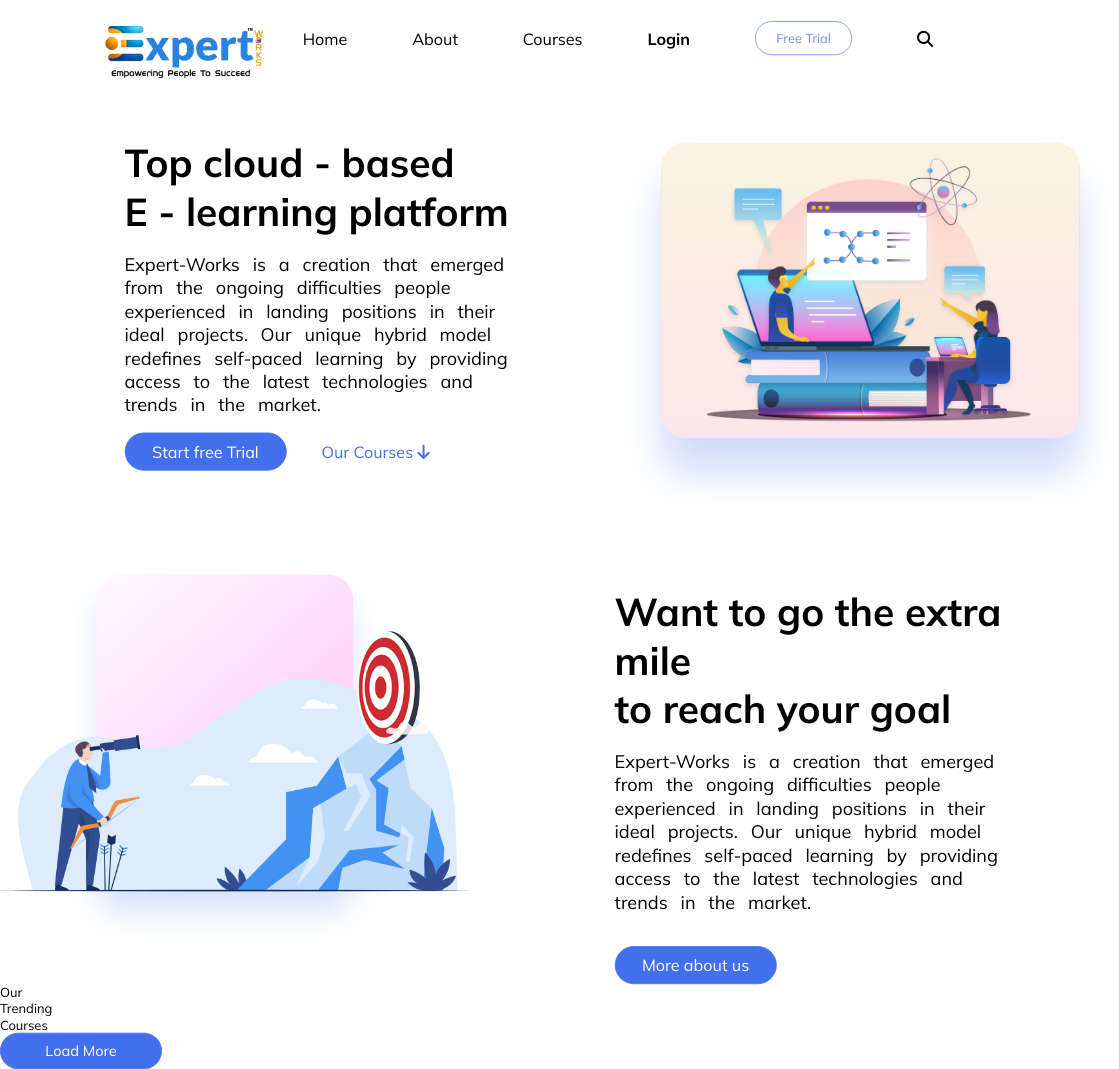
Repository: FlyweisReact/Raghu-B2C
Page: /homePage
The author's editor kept a copy of each file at every save. The page is drawn from the files as they stood at one save, then again after the next save.
The browser window is 1280 px wide. The page is 1381 px wide, so the pictures cover 1381 px, including what lies to the right of the window. The pictures show the whole page, at 81% of full size.
Some web libraries are served in a nearby version. The project was rebuilt for these pictures with package versions that can differ from the ones it lists, and the page was loaded fresh each time. Also part of the build but not shown: src/Footer/footer.scss, src/Footer/Footer.jsx, src/component/pages/courses/course.scss, src/component/Navbar/nav.scss, src/component/Navbar/Nav.jsx, src/component/navigation/NavItems.js, src/component/navigation/Dropdown.css, src/component/navigation/Dropdown.js and 43 more.

Above is the page before, as saved 2023-02-03 15:46:46.

### public/index.html
<!DOCTYPE html>
<html lang="en">
  <head>
    <meta charset="utf-8" />
    <link rel="icon" href="%PUBLIC_URL%/favicon.ico" />
    <meta name="viewport" content="width=device-width, initial-scale=1" />
    <meta name="theme-color" content="#000000" />
    <meta
      name="description"
      content="Web site created using create-react-app"
    />
    <link rel="apple-touch-icon" href="%PUBLIC_URL%/logo192.png" />
    <link href="https://fonts.googleapis.com/css2?family=Mulish:ital,wght@0,200;0,300;0,400;0,500;0,600;0,700;0,800;0,900;1,200;1,300;1,400;1,500;1,600;1,700;1,800&display=swap" rel="stylesheet">
    <link rel="manifest" href="%PUBLIC_URL%/manifest.json" />
    <title>Educational Web</title>
  </head>
  <body>
    <noscript>You need to enable JavaScript to run this app.</noscript>
    <div id="root"></div>
    <script src="https://kit.fontawesome.com/b533b351e4.js" crossorigin="anonymous"></script>
  </body>
</html>

### src/index.js
/** @format */

import React from "react";
import ReactDOM from "react-dom";
import { BrowserRouter } from "react-router-dom";
import App from "./App";

ReactDOM.render(
  <React.StrictMode>
    <BrowserRouter>
      <App />
    </BrowserRouter>
  </React.StrictMode>,
  document.getElementById("root")
);

### src/App.js
/** @format */

import { Routes, Route } from "react-router-dom";
import "./App.css";
import "./component/common.scss";
import Courses from "./component/pages/courses/Courses";
import Home from "./component/Home";
import Programs from "./component/pages/Programs/Programs";
import Login from "./component/pages/LoginPage/Login";
import CreateAccount from "./component/pages/CreateAccount/CreateAccount";
import UsertakenCourses from "./component/pages/UserTakenCourses/UsertakenCourses";
import ExploreMore from "./component/pages/morecourses/ExploreMore";
import Forgot from "./component/pages/forgotPassword/Forgot";
import OTP from "./component/pages/otp/OTP";
import Reset from "./component/pages/reset/Reset";
import ViewCourses from "./component/pages/viewCourses/ViewCourses";
import SignUpOtp from "./component/pages/signUpOtp/SignUpOtp"
import MyCourse from "./component/pages/Mycourse/MyCourse";
import MyCourseDesc from "./component/pages/Mycourse/MyCourseDesc";
import FreeTrial from "./component/pages/FreeTrial/FreeTrial";
import Subscription from "./component/pages/FreeTrial/Subscription";
import Billing from "./component/pages/FreeTrial/Billing";
import ThankYOu from "./component/pages/FreeTrial/ThankYOu";
import HomePage from "./HomePage";

function App() {
  const user = false;

  return (
    <div className="App">
      <Routes>
        <Route exect path="/" element={<Login />} />
        <Route exect path="/emailVerify" element={<Forgot />} />
        <Route exect path="/otp" element={<OTP />} />
        <Route exect path="/reset" element={<Reset />} />
        <Route exect path="/cources" element={<Courses />} />
        <Route exect path="/viewCourses" element={<ViewCourses />} />
        <Route exect path="/program" element={<Programs />} />
        <Route exect path="/home" element={<Home user={user} />} />
        <Route exect path="/create-acount" element={<CreateAccount />} />
        <Route exect path="/signUpOtp" element={<SignUpOtp />} />
        <Route exect path="/user" element={<UsertakenCourses />} />
        <Route exect path="/explore" element={<ExploreMore />} />
        <Route exect path="/myCourse" element={<MyCourse />} />
        <Route exect path="/myCourse/:id" element={<MyCourseDesc />} />
        <Route  exect path="/trial" element={<FreeTrial />} />
        <Route  exect path="/subscription" element={<Subscription />} />
        <Route  exect path="/billing" element={<Billing />} />
        <Route  exect path="/thank" element={<ThankYOu />} />
        <Route  exect path="/homePage" element={<HomePage />} />





      </Routes>
    </div>
  );
}

export default App;

### src/App.css
*{
  margin: 0;
  padding: 0;
  box-sizing: border-box;
  font-family: 'Mulish', sans-serif;
}
.hello{
  color:#7ABCFF;
color:  #3284D6;
color:  #D1E8FF;

}

### src/component/common.scss
.links{
    text-decoration: none;
    color: #fff;
    overflow-x: hidden;
}

*{
    // overflow-x: hidden;
    scroll-behavior: smooth;
}

### src/HomePage.js
/** @format */

import React from "react";
import "./HomePage.css";
// Images
import img from "./images/logo.png";
import img1 from './images/1st image.png'
import img2 from './images/2nd image.png'
import img3 from './images/Home.png'


const HomePage = () => {
  return (
    <>
      <div className="HomeNewnav">
        <div className="left">
          <img src={img} alt="" />
        </div>
        <div className="right">
          <ul>
            <li>Home</li>
            <li>About </li>
            <li>Courses</li>
            <li style={{ fontWeight: "bold" }}>Login</li>
            <button>Free Trial</button>
            <li>
              <i class="fa-solid fa-magnifying-glass"></i>
            </li>
          </ul>
        </div>
      </div>

      <div className="mainSecTwo">
        <div className="left">
          <p className="head">
            Top cloud - based <br /> E - learning platform{" "}
          </p>
          <p className="desc">
            Expert-Works is a creation that emerged from the ongoing
            difficulties people experienced in landing positions in their ideal
            projects. Our unique hybrid model redefines self-paced learning by
            providing access to the latest technologies and trends in the
            market.
          </p>
          <div className="btns">
            <button
              style={{
                backgroundColor: "#426fec",
                color: "#fff",
                width: "200px",
                border: "1px solid #426fec",
                fontSize: "20px",
                borderRadius: "50px",
                padding: "10px",
              }}
            >
              Start free Trial
            </button>
            <button
              style={{
                backgroundColor: "#fff",
                color: "#426fec",
                width: "200px",
                border: "none",
                fontSize: "20px",
                borderRadius: "50px",
                padding: "10px",
              }}
            >
              Our Courses <i class="fa-solid fa-arrow-down"></i>
            </button>
          </div>
        </div>
        <div className="right">
          <img
            src={img1}
            alt=""
          />
        </div>
      </div>

      <div className="mainSecTwo2">
        <div className="left">
          <img
            src={img2}
            alt=""
          />
        </div>
        <div className="right">
          <p className="head">
            Want to go the extra mile <br />
            to reach your goal
          </p>
          <p className="desc">
            Expert-Works is a creation that emerged from the ongoing
            difficulties people experienced in landing positions in their ideal
            projects. Our unique hybrid model redefines self-paced learning by
            providing access to the latest technologies and trends in the
            market.
          </p>
          <div className="btns">
            <button
              style={{
                backgroundColor: "#426fec",
                color: "#fff",
                width: "200px",
                border: "1px solid #426fec",
                fontSize: "20px",
                borderRadius: "50px",
                padding: "10px",
              }}
            >
              More about us
            </button>
          </div>
        </div>
      </div>

      <div className="centerMainDiv">
        <div className="left">
          <p className="head">
            Our <br /> Trending <br /> Courses
          </p>{" "}
          <button
            style={{
              backgroundColor: "#426fec",
              color: "#fff",
              width: "200px",
              border: "1px solid #426fec",
              fontSize: "18px",
              borderRadius: "50px",
              padding: "10px",
            }}
          >
           Load More
          </button>
        </div>
        <div className="right">
            <div className="group">
                <div></div>
            </div>
        </div>
      </div>
    </>
  );
};

export default HomePage;

### src/HomePage.css
.HomeNewnav{
    display: flex;
    justify-content: space-between;
    width: 80%;
    margin-left:10%;
    margin-top: 2%;
}
.HomeNewnav .left img{
    width: 200px;
}
.HomeNewnav .right ul {
    display: flex;
    gap: 5rem;
}
.HomeNewnav .right ul li{
    list-style: none;
    font-size: 20px;
    margin-top: 10px;
}
.HomeNewnav .right ul  button {
    width: 120px;
    font-size: 16px;
    margin-top: 0;
    border: 1px solid #6e90f0;
    color: #6e90f0;
    background-color: #fff;

    padding: 10px;
    border-radius: 50px;
}
.HomeNewnav .right ul li:hover{
    color: #6e90f0;
    cursor: pointer;
}

.mainSecTwo {
    display: flex;
    margin-top: 5%;
    gap: 2rem;
    justify-content: space-between;
}
.mainSecTwo .left{
    width: 50%;
    margin-left: 7%;
}
.mainSecTwo .right{
    width: 40%;
}
.mainSecTwo .left .head{
    font-size: 3rem;
    font-weight: bold;
    margin-left: 10%;

}
.mainSecTwo .left .desc{
    width: 500px;
    word-spacing: 10px;
    font-size: 1.4rem;
    margin-top: 20px;
    margin-left: 10%;
}
.mainSecTwo .left .btns{
    display: flex;
    gap: 10px;
    margin-left: 10%;
    margin-top: 20px;
}



.mainSecTwo2{
    display: flex;
    margin-top: 5%;
    gap: 2rem;
    justify-content: space-between;
}
.mainSecTwo2 .right{
    width: 50%;
    margin-top: 2%;
    margin-left: 7%;
}
.mainSecTwo2 .left{
    width: 50%;
}
.mainSecTwo2 .left img {
    width: 100%;
}
.mainSecTwo2 .right .head{
    font-size: 3rem;
    font-weight: bold;
    margin-left: 10%;
}
.mainSecTwo2 .right .desc{
    width: 500px;
    word-spacing: 10px;
    font-size: 1.4rem;
    margin-top: 20px;
    margin-left: 10%;
}
.mainSecTwo2 .right .btns{
    display: flex;
    gap: 10px;
    margin-left: 10%;
    margin-top: 40px;
}

Loaded but not shown: src/component/pages/viewCourses/viewCourses.css (no stored copy; drawn as an empty file)

After the next save:
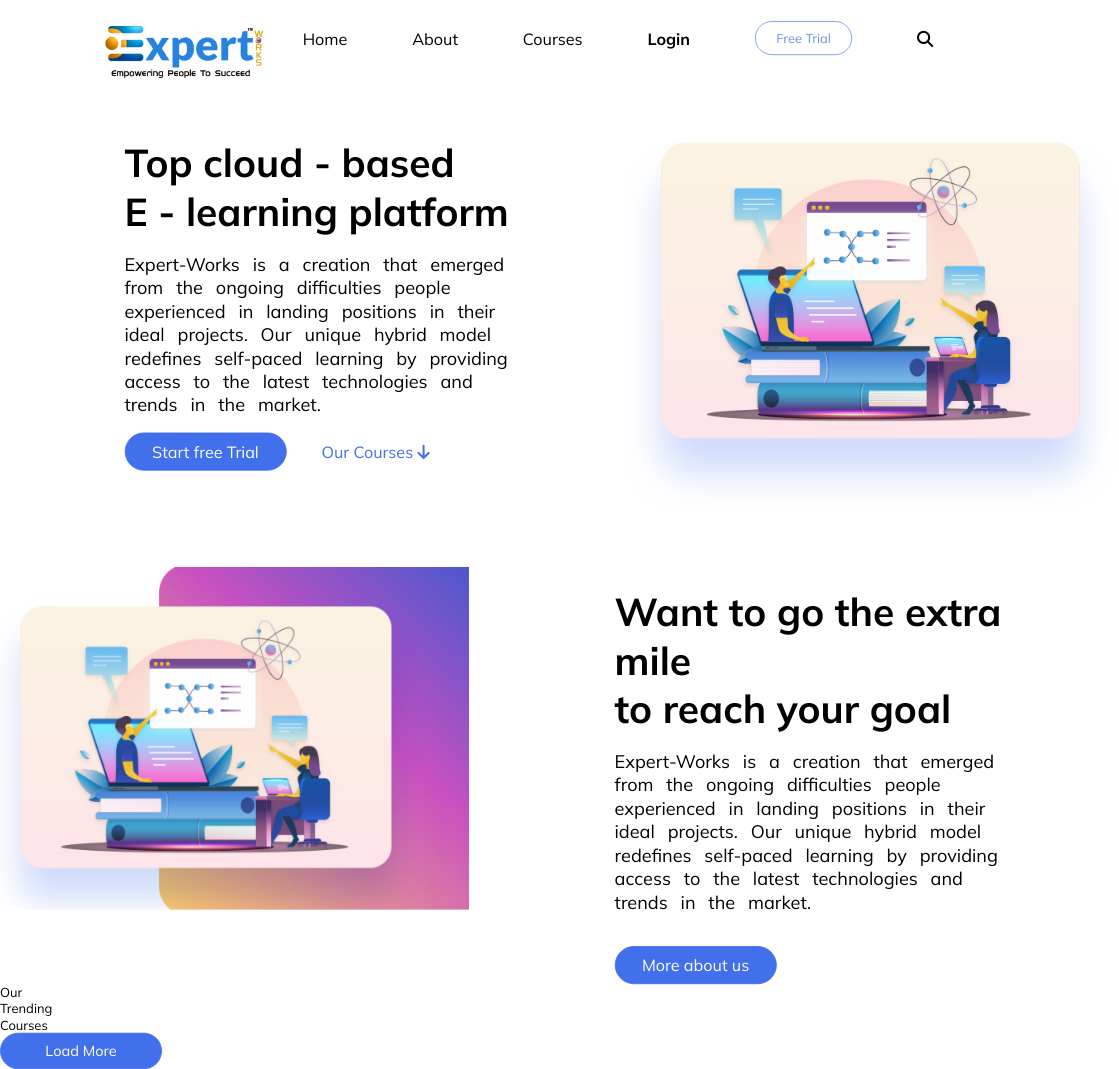
Saved 7 s later.
--- a/src/HomePage.js
+++ b/src/HomePage.js
@@ -82,7 +82,7 @@ const HomePage = () => {
       <div className="mainSecTwo2">
         <div className="left">
           <img
-            src={img2}
+            src={img3}
             alt=""
           />
         </div>
